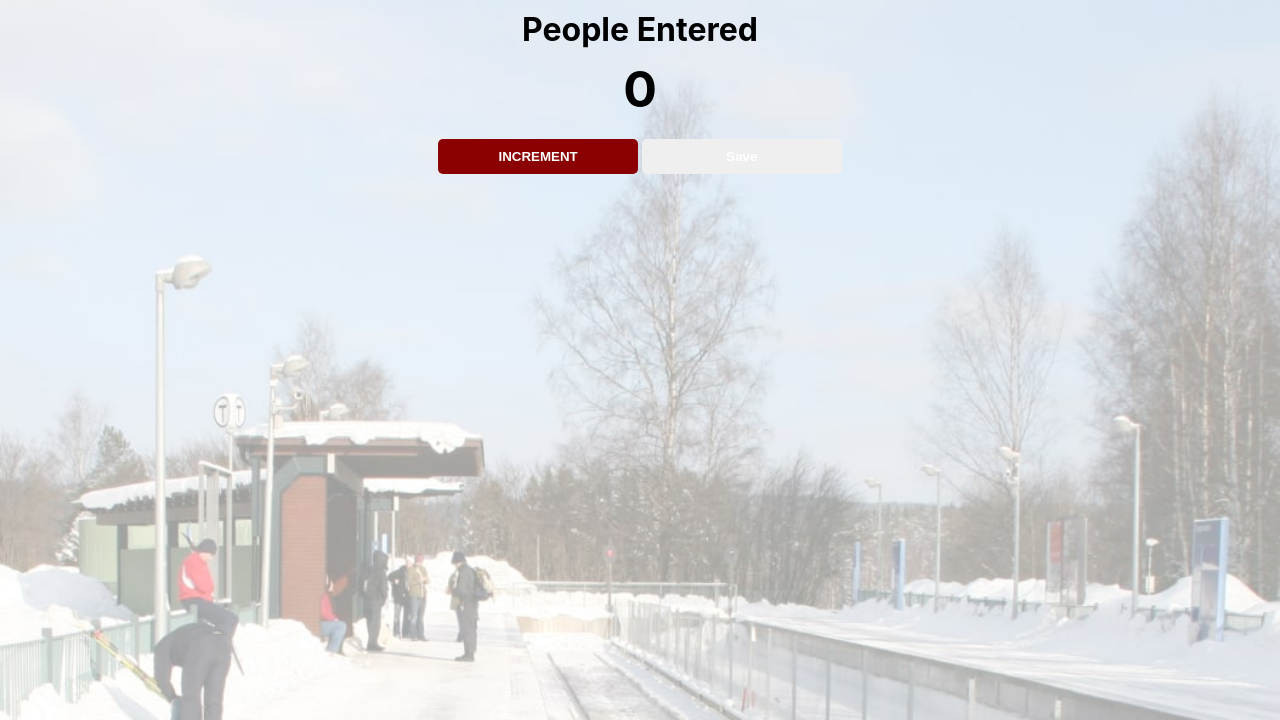
Repository: jt010051/JavaScriptCounter
Page: index.html
The author's editor kept a copy of each file at every save. The page is drawn from the files as they stood at one save, then again after the next save.
The browser window is 1280 px wide. The pictures show the whole page.

Above is the page before, as saved 2022-02-26 15:48:49.

### index.html
<html lang="en">
<head>
  <link rel="stylesheet" href="index.css">
</head>
<body>
    <h1>People Entered</h1>
    <h2 id ="count-el">0</h2>
    <button id="increment-btn"onclick ="increment()">INCREMENT</button>
    <button id="sve-btn"onclick ="save()">Save</button>
    <script src = "index.js"> </script>
</body>
</html>

### index.js



//initialize the count as 0
//listen for clicks on the increment button
//incrementt the count variable when the button is clicked
//change the count-el in the HTML to reflect the new count

let countEl = document.getElementById("count-el");



let count =0

function increment(){


    count+=1;
    save();

    countEl.innerText = count;
   // document.getElementById("count-el").innerText=5;



}
function save(){
    console.log(count);

}

Loaded but not shown: index.css (common file)

After the next save:
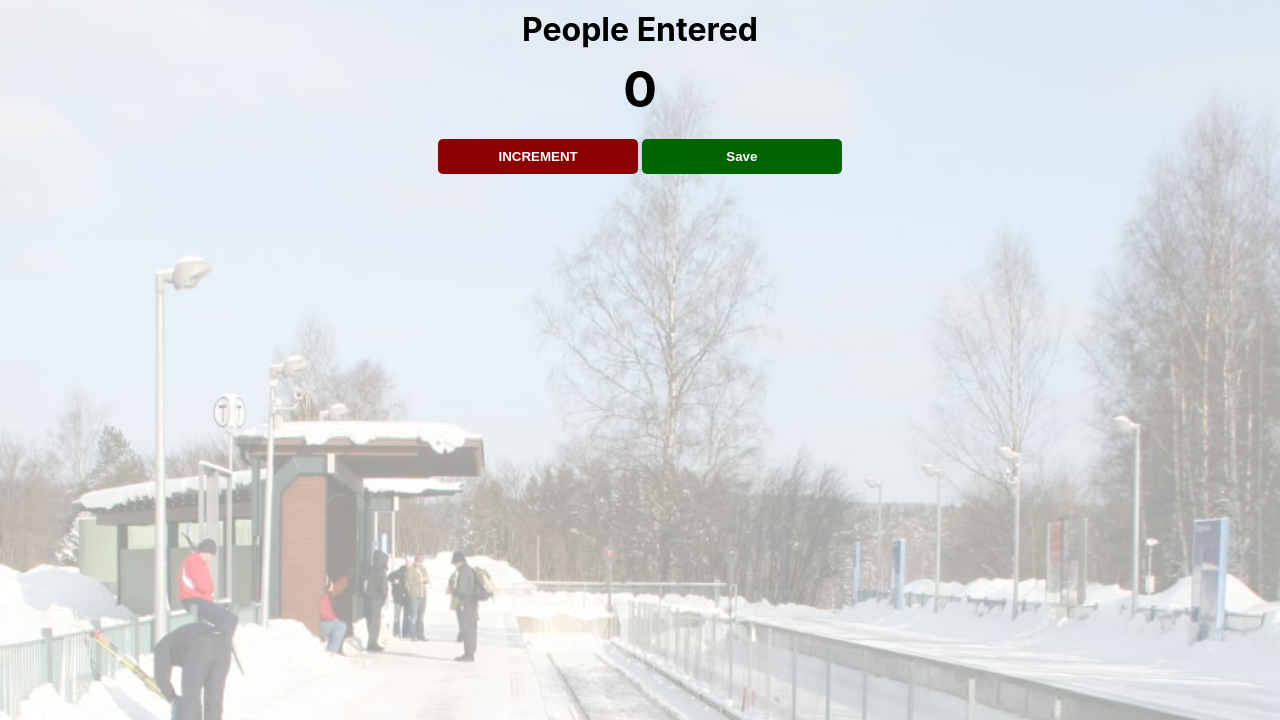
Saved 94 s later.
--- a/index.html
+++ b/index.html
@@ -6,7 +6,7 @@
     <h1>People Entered</h1>
     <h2 id ="count-el">0</h2>
     <button id="increment-btn"onclick ="increment()">INCREMENT</button>
-    <button id="sve-btn"onclick ="save()">Save</button>
+    <button id="save-btn"onclick ="save()">Save</button>
     <script src = "index.js"> </script>
 </body>
 </html>
